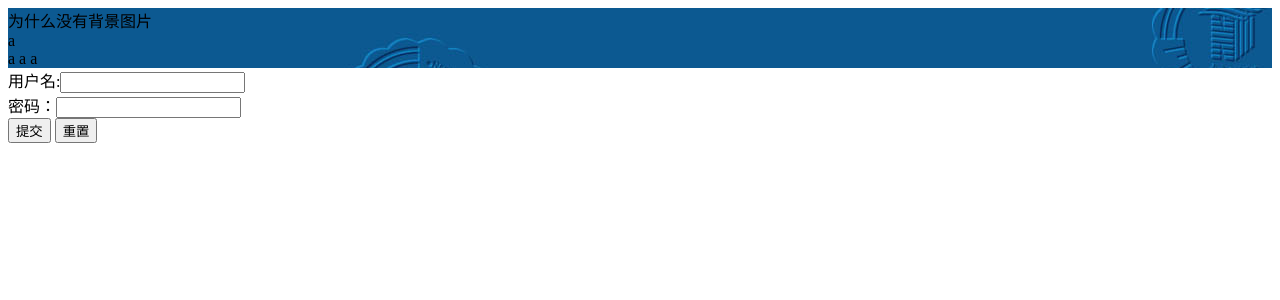
Repository: shunchensaber/Javaweb
Page: Web/WebContent/WebText1.html
An editor plug-in stored every save of this project. The page is shown before and after the next save, followed by the edit.
The browser window is 1280 px wide. The pictures show the whole page.

Above is the page before, as saved 2019-03-26 08:31:35.

### Web/WebContent/WebText1.html
<!DOCTYPE html>
<html>
<head>
<style type="text/css">
@import url("Myhomepage.css");
</style>
<meta charset="UTF-8">
<title>用户登录</title>
</head>
<body>


<div style="background-image: url('image/header_bg.jpg');width:100%">
为什么没有背景图片
<br>
a<br>
a
a
a
</div>
<form action="" >
用户名:<input type ="text" name = "name">
<br>
密码：<input tyep = "password" name = "password">
<br>
<button type="submmit" name ="subbmit">提交</button>
<button tyoe ="reset" name ="reset">重置</button>
</form>



</body>
</html>

### Web/WebContent/Myhomepage.css
@charset "UTF-8";
#header
{
	background-color: green;
	text-align: center;
	margin: 0px;
	padding: 50px;
	font-family:serif;
	font-size: 90%;
	background-image: url("image/header_bg.jpg");



}
p.a
{
	font-size: 50px;
	color: white;
	font-family: fantasy;
}
#cont
{
	position: absolute;
	top:20px;
	right:1000px;
	background-image: url(image/bg.jpg);
}

After the next save:
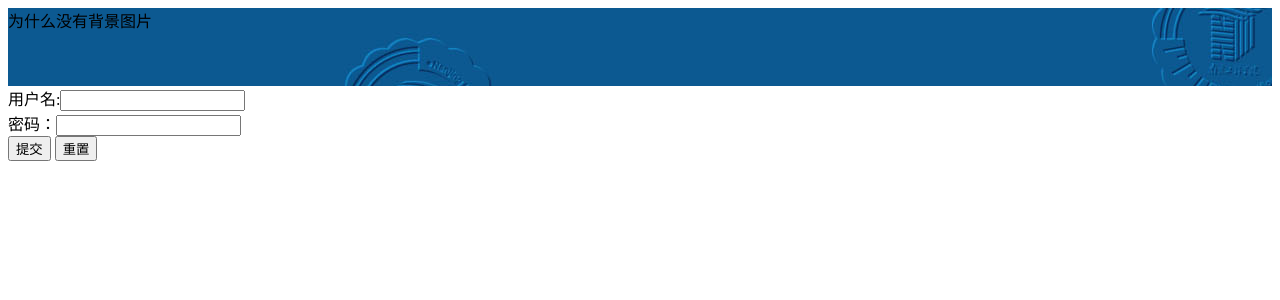
Saved 29 s later.
--- a/Web/WebContent/WebText1.html
+++ b/Web/WebContent/WebText1.html
@@ -13,10 +13,9 @@
 <div style="background-image: url('image/header_bg.jpg');width:100%">
 为什么没有背景图片
 <br>
-a<br>
-a
-a
-a
+<br>
+<br>
+<br>
 </div>
 <form action="" >
 用户名:<input type ="text" name = "name">
